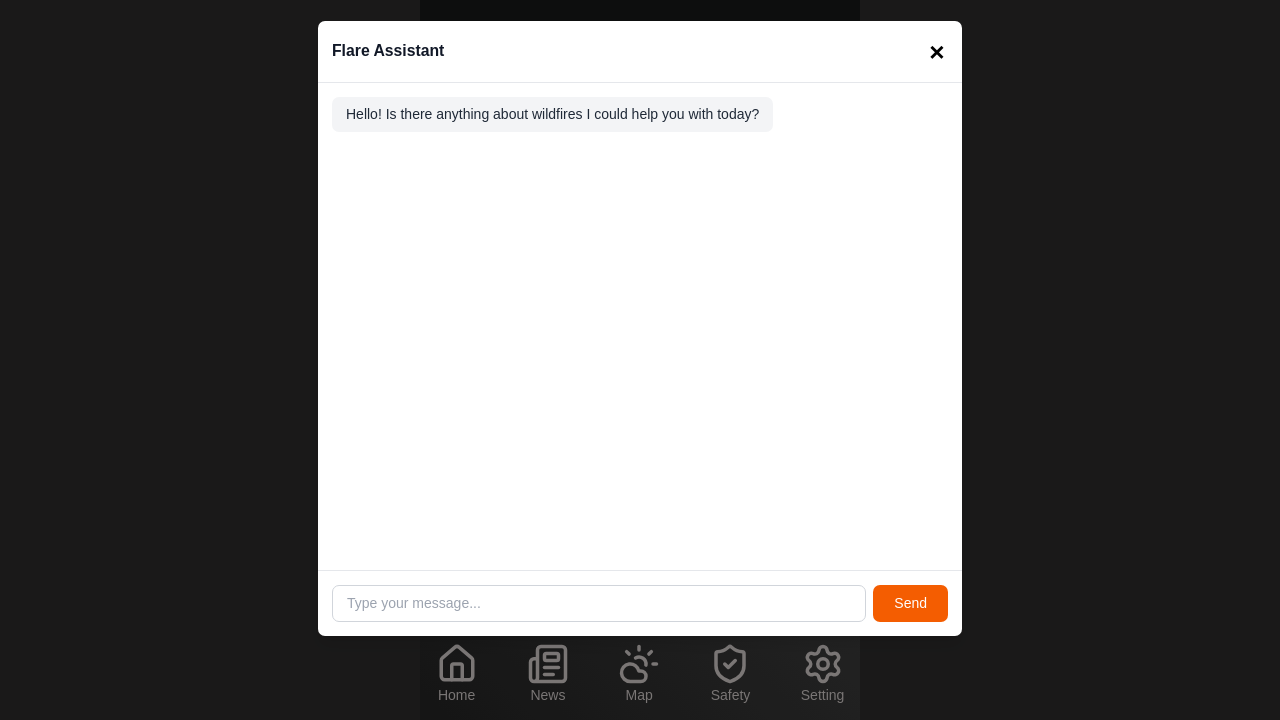
Repository: BCITKevin/Flare_IDSP
Page: /safety, after clicking the first element matching `button.flex`
An editor plug-in stored every save of this project. The page is shown before and after the next save, followed by the edit.
The browser window is 1280 px wide. The pictures show the whole page.
An inner scrolling area shows only its first screen. Some web fonts or font styles are not loaded; a fallback is used. The project was rebuilt for these pictures with package versions that can differ from the ones it lists, and the page was loaded fresh each time. The framework's server and built-in components were replaced by stand-ins that run in the browser. Also part of the build but not shown: next.config.js, next.config.mjs.

Above is the page before, as saved 2024-11-30 17:32:57.

### src/app/layout.tsx
import type { Metadata } from "next";
import Script from 'next/script';
import "./globals.css";
import { BrowserRouter } from "react-router-dom";

export const metadata: Metadata = {
  title: "Flare",
  description: "Flare is disaster response platform.",
  manifest: "/manifest.json",
};

export default function RootLayout({
  children,
}: Readonly<{
  children: React.ReactNode;
}>) {
  return (
    <html lang="en">
        <head>
          <link rel="manifest" href="/manifest.json" />
          <link rel="icon" href="/favicon.ico" />
          <link rel="apple-touch-icon" href="/images/logo-192x192.png" />
          <link
            rel="stylesheet"
            href="https://cdnjs.cloudflare.com/ajax/libs/leaflet/1.9.4/leaflet.min.css"
            crossOrigin=""
          />
        </head>
        <body
          className={`antialiased`}
        >
          {children}
          <Script
            src="https://cdnjs.cloudflare.com/ajax/libs/leaflet/1.9.4/leaflet.min.js"
            strategy="beforeInteractive"
            crossOrigin=""
          />
        </body>
    </html>
  );
}

### src/app/safety/page.tsx
'use client';

import { Tabs, TabsContent, TabsList, TabsTrigger } from "@/components/ui/tabs";
import {
    Card,
    CardContent,
    // CardDescription,
    // CardFooter,
    CardHeader,
    // CardTitle,
} from "@/components/ui/card"
import styles from "./safety.module.css"
import { Backpack, Map, Flag } from "lucide-react";
import prepareHero from "../public/images/prepareHero.png"
import evacHero from "../public/images/EvacHero.png"
import emergencyHero from "../public/images/EmergencyHero.png"
import BottomNavBar from "@/components/BottomNavBar/BottomNavBar";
import React from "react";

import { useState } from "react";
import Image from "next/image";

type Message = {
    text: string;
    sender: string;
};

// Card can be reformatted into a reusable component

export default function Safety() {
    const [showChat, setShowChat] = useState(false);
    const [activeTab, setActiveTab] = useState('Prepare');
    const [prevMsg, setMsg] = useState<Message[]>([
        { text: "Hello! Is there anything about wildfires I could help you with today?", sender: 'bot' },
    ]);


    async function handleSubmit(e: React.FormEvent<HTMLFormElement>) {
        e.preventDefault()

        try {
            const message = (document.querySelector('#message') as HTMLInputElement)?.value;
            (document.querySelector('#message') as HTMLInputElement).value = '';

            console.log(message);
            setMsg((prevMsg) => [...prevMsg, { text: message, sender: 'user' }]);

            const res = await fetch('/api/safety', {
                method: 'POST',
                headers: {
                    'Content-Type': 'application/json',
                },
                body: JSON.stringify({ message }),
            });

            if (!res.ok) {
                console.error();
                throw new Error('OOPS, SOMETHIN WRONG WITH BOT');
            }
            const data = await res.json();

            const botResponse = data.chat.content || "Sorry, I can't process your request. Please try again";

            setMsg((prevMsg) => [...prevMsg, { text: botResponse, sender: 'bot' }]);

            console.log('from gpt: ', botResponse);
        }
        catch (err) {
            console.error(err);
        }
    }

    const prepareText = `
    <strong>Stay informed:</strong> It’s crucial to stay updated on emergency alerts and evacuation orders issued by local authorities. Regularly check with Flare and turn on notifications and stay updated with the news. These alerts provide critical information about wildfire locations, safe zones, and road closures.
    <br><br>
    <strong>Assemble an emergency kit:</strong>
    <ul>
        <li>- First aid supplies, such as bandages, antiseptics, and pain relievers.</li>
        <li>- Enough non-perishable food and water to sustain your household for at least 3 days.</li>
        <li>- Flashlights with spare batteries, a multi-tool, a whistle for signaling, and a fire extinguisher.</li>
        <li>- Personal hygiene items, blankets, and clothing suitable for various weather conditions.</li>
    </ul>
    <br>
    <strong>Follow evacuation routes:</strong> Use the safest, predefined routes recommended by local authorities. Avoid unfamiliar roads that could be blocked or unsafe. Always have a physical map in case of GPS or mobile network failure.
    <br><br>
    <strong>Leave as early as possible:</strong> Don’t wait until the last moment to evacuate. Early action reduces risks and allows emergency responders to focus on critical areas. Traffic congestion and panic during last-minute evacuations can pose additional dangers.
    <br><br>
    <strong>Assist neighbors if possible:</strong> Check on those in your community who may need help, especially the elderly, people with disabilities, or families without transportation. Offer support by carpooling or sharing resources.
    <br><br>
    <strong>Keep your vehicle ready:</strong> Ensure your vehicle is in good condition with a full gas tank. Keep the keys easily accessible, park the car facing outward for a quick exit, and load essential items in advance to save time during an emergency.
    <br><br>
    <strong>Practice your evacuation plan:</strong> Conduct regular drills with your household to ensure everyone knows their roles and responsibilities. Familiarity with the process can reduce stress and confusion during an actual emergency.
    <br><br>
    <strong>Create a defensible space around your home:</strong> Clear dry leaves, branches, and other flammable materials at least 30 feet from your home. Trim tree branches to a height of at least 6 feet to prevent fire from climbing. Regularly maintain gutters and roofs by removing debris. Store firewood and other combustible items far from structures.
    <br><br>
    `;


    const emergencyText = `
    <strong>If you are in danger, contact emergency services immediately:</strong> Dial the emergency hotline 911 if your safety is compromised. Or  call 1 800 663-5555 toll-free or <strong>*5555</strong> on a cellphone to report a wildfire. Clearly state your location and the nature of the emergency to ensure responders can locate you quickly. Avoid using the line for non-critical updates to keep it free for those in immediate need.
    <br><br>
    <strong>Stay inside if safe:</strong> If evacuation is not possible, shelter in place in a safe room. Select an area with minimal windows and external doors, preferably one located at the center of your home or on the opposite side of the fire’s path. Keep the space stocked with basic necessities, including water, flashlights, and communication devices.
    <br><br>
    <strong>Block air entry:</strong> Use duct tape, wet towels, or other materials to seal gaps around doors and windows to prevent smoke infiltration. Shut off HVAC systems and close vents to further limit the entry of hazardous air.
    <br><br>
    <strong>Listen to official information:</strong> Stay tuned to updates from local authorities via radio, mobile apps, or reliable online sources. Avoid spreading or acting on unverified information that may cause unnecessary panic.
    <br><br>
    <strong>Use face coverings:</strong> If you need to go outside or smoke enters your shelter, use wet towels, bandanas, or certified N95 masks to filter harmful particles. This is especially important for individuals with respiratory issues, the elderly, and young children.
    <br><br>
    <strong>Stay hydrated:</strong> Drink plenty of water to combat dehydration caused by heat and smoke inhalation. Avoid alcohol or caffeinated drinks, which can exacerbate dehydration. If possible, keep oral rehydration salts or electrolyte drinks on hand.
    <br><br>
    <strong>Be prepared for power outages:</strong> Wildfires may disrupt electricity. Keep flashlights, extra batteries, and a manual crank radio available. Charge your devices in advance and consider using portable power banks.
    <br><br>
    <strong>Plan for communication:</strong> If mobile networks are down, use walkie-talkies or pre-established signals with neighbors and family to communicate effectively.
    <br><br>
    <strong>Protect pets and livestock:</strong> Keep your pets in a secure area with food and water. If possible, move livestock to open areas far from fire hazards.
    <br><br>
    <strong>Monitor air quality:</strong> Use air purifiers indoors if available and check air quality levels through official channels to minimize smoke-related health risks.
    `;


    const evacuationText = `
    <strong>Develop a family emergency plan:</strong> Create a detailed emergency plan that includes designated meeting spots, multiple communication strategies, and escape routes for different scenarios. Assign responsibilities to each family member and rehearse the plan frequently to ensure everyone is prepared.
    <br><br>
    <strong>Prepare to leave immediately:</strong>
    - Ensure you have gathered all essential items ahead of time to avoid delays. These include:
    <br><br>
    <ul>
        <li>- <strong>Medications</strong>, including prescription drugs and a basic first aid kit for minor injuries.</li>
        <li>- <strong>Important documents</strong>, such as government-issued IDs, insurance papers, property deeds, and emergency contact information.</li>
        <li>- Your <strong>emergency kit</strong> as outlined in the prepare section</li>
        <li>- Personal items like clothing, toiletries, and any essential supplies for infants, pets, or elderly family members.</li>
    </ul>
    <br>
    <strong>Keep important documents ready:</strong> Store essential documents like birth certificates, passports, medical records, and insurance policies in a waterproof, fireproof safe. Back up digital copies to cloud storage or an external hard drive.
    <br><br>
    <strong>Know your local risk level:</strong> Familiarize yourself with wildfire risks in your area by consulting local government websites and fire risk maps. Participate in community evacuation drills to understand the best practices and routes in case of an emergency.
    <br><br>
    <strong>Sign up for emergency alerts:</strong> Subscribe to wildfire and weather warning systems offered by local authorities.
    <br><br>
    <strong>Invest in fire-resistant building materials:</strong> Upgrade your home with fire-resistant roofing, siding, and windows. Install ember-resistant vents to prevent sparks from entering your home.
    <br><br>
    <strong>Prepare your vehicle:</strong> Keep your car in good working condition, with a full gas tank and an emergency kit inside. Include maps, a spare tire, tools, and extra supplies to ensure mobility during an evacuation.
    <br><br>
    <strong>Coordinate with your neighbors:</strong> Work together with your community to create a wildfire response plan. Share resources, such as tools and safety tips, to enhance collective preparedness.
    <br><br>
    <strong>Learn fire suppression techniques:</strong> Take basic training on how to use a fire extinguisher and other suppression tools effectively. Know when to evacuate instead of attempting to combat the fire yourself.
    <br><br>
    <strong>Advocate for local safety measures:</strong> Encourage local governments to implement wildfire prevention strategies, such as controlled burns, community fuel breaks, and infrastructure upgrades.
    `;




    return (
        <body className="min-h-screen overflow-y-auto">
            <div className="safetyLayout h-full overflow-y-auto mb-44">
                <div className={styles.safetyHeading}>
                    <h1>
                        Safety Guide
                    </h1>
                    <h5 className={styles.whiteText}>
                        Learn how to prepare and stay safe during wildfire season
                    </h5>
                </div>
                {/* <Card className="p-5 mt-3 transition-all duration-300 hover:shadow-lg border-l-4 border-l-orange-500">
                    <CardHeader className="p-0 mb-3">
                        <div className="flex items-center gap-2">
                            <strong className={`${styles.articleBody} text-lg`}>
                                Based on your Location and Recent Weather
                            </strong>
                        </div>
                    </CardHeader>
                    <CardContent className="p-0">
                        <div className="flex flex-col gap-2">
                            <p className={`${styles.articleBody} leading-relaxed`}>
                                Consider bringing:
                            </p>
                            <ul className="list-disc ml-5 space-y-1">
                                <li className={styles.articleBody}>Extra water (1 gallon per person)</li>
                                <li className={styles.articleBody}>Cooling towels</li>
                                <li className={styles.articleBody}>Sun protection (hat, sunscreen)</li>
                            </ul>
                        </div>
                    </CardContent>
                </Card> */}
                <div className={`${styles.safetyHeading} mb-6 mt-6`}>
                    {/* <h4>
                        Safety Tips
                    </h4> */}
                </div>
                <div className="mt-2">
                <Tabs defaultValue="Prepare" className="w-full flex flex-col" onValueChange={setActiveTab}>
                        <TabsList className="space-x-8 p-6 my-2 rounded-lg">
                            <TabsTrigger value="Prepare" className={`w-full ${activeTab === 'Prepare' ? styles.activeTab : ''}`}>Prepare</TabsTrigger>
                            <TabsTrigger value="Emergency" className={`w-full ${activeTab === 'Emergency' ? styles.activeTab : ''}`}>Emergency</TabsTrigger>
                            <TabsTrigger value="Evacuation" className={`w-full ${activeTab === 'Evacuation' ? styles.activeTab : ''}`}>Evacuation</TabsTrigger>
                        </TabsList>
                        <TabsContent value="Prepare">
                            <Card className={`${styles.card} p-6 flex flex-col items-center mb-24`}>
                                <Image src={prepareHero} width={340} height={189} alt="a rescue worker looking towards a wildfire" />
                                <Flag color="black" className="m-6" />
                                <p dangerouslySetInnerHTML={{ __html: prepareText }} className={styles.articleBody} />
                            </Card>
                        </TabsContent>
                        <TabsContent value="Emergency">
                            <Card className={`${styles.card} p-6 flex flex-col items-center mb-24`}>
                                <Image src={emergencyHero} width={340} height={189} alt="a rescue worker looking towards a wildfire" />
                                <Backpack color="black" className="m-6" />
                                <p dangerouslySetInnerHTML={{ __html: emergencyText }} className={styles.articleBody} />
                            </Card>
                        </TabsContent>
                        <TabsContent value="Evacuation">
                            <Card className={`${styles.card} p-6 flex flex-col items-center mb-24`}>
                                <Image src={evacHero} width={340} height={189} alt="a rescue worker looking towards a wildfire" />
                                <Map color="black" className="m-6" />
                                <p dangerouslySetInnerHTML={{ __html: evacuationText }} className={styles.articleBody} />
                            </Card>
                        </TabsContent>
                    </Tabs>
                </div>
                {showChat ? (
                    <>
                        <div className="justify-center items-center flex overflow-x-hidden overflow-y-auto fixed inset-0 z-50 outline-none focus:outline-none">
                            <div className="relative w-full h-full mx-auto max-w-3xl px-4 pt-6 pb-24">
                                <div className="border-0 rounded-lg shadow-lg relative flex flex-col w-full h-full bg-white outline-none focus:outline-none">
                                    {/* Header */}
                                    <div className="flex items-center justify-between p-4 border-b border-solid border-gray-200">
                                        <h3 className="text-lg font-semibold text-gray-900">Flare Assistant</h3>
                                        <button
                                            className="p-1 ml-auto border-0 text-black float-right text-3xl leading-none font-semibold"
                                            onClick={() => setShowChat(false)}
                                        >
                                            ×
                                        </button>
                                    </div>

                                    {/* Chat Messages */}
                                    <div className="relative p-4 flex-auto overflow-y-auto">
                                        {prevMsg.map((msg, i) => (
                                            <div key={i} className={`flex ${msg.sender === 'user' ? 'justify-end' : 'justify-start'} mb-4`}>
                                                <div className={`rounded-lg px-4 py-2 max-w-[80%] ${
                                                    msg.sender === 'user'
                                                    ? 'bg-[var(--orange)] text-white'
                                                    : 'bg-gray-100 text-gray-800'
                                                }`}>
                                                    {msg.text}
                                                </div>
                                            </div>
                                        ))}
                                    </div>

                                    {/* Input Form */}
                                    <div className="border-t border-solid border-gray-200 p-4">
                                        <form onSubmit={handleSubmit} className="flex gap-2">
                                            <input
                                                type="text"
                                                id="message"
                                                placeholder="Type your message..."
                                                className="flex-grow px-4 py-2 border border-gray-300 rounded-lg focus:outline-none focus:border-[var(--orange)]"
                                            />
                                            <button
                                                type="submit"
                                                className="bg-[var(--orange)] text-white rounded-lg px-6 py-2"
                                            >
                                                Send
                                            </button>
                                        </form>
                                    </div>
                                </div>
                            </div>
                        </div>
                        <div className="opacity-25 fixed inset-0 z-40 bg-black"></div>
                    </>
                ) : null}
                <div className="flex flex-col fixed bottom-24 rounded-lg px-6 py-3 m-2 items-center gap-4 transition-all duration-300">
                    {/* <div>
                        <span className="flex justify-center text-white ">Flare Assistant</span>
                        <p className="text-white text-base">Ask us about how you can stay safe</p>
                    </div> */}
                    <button
                        className="flex justify-center bg-[var(--orange)] text-white rounded-lg shadow-lg transition-all duration-300 flex items-center gap-2 px-4 py-2 w-3/4 hover:border-2 hover:border-white box-border w-52 h-12"
                        onClick={() => setShowChat(true)}
                    >
                        <img src="/icons/message-circle.svg" alt="chatbot icon" className="w-5 h-5 filter invert brightness-0" />
                        <span>Chat now</span>
                    </button>
                </div>
            </div>
            <BottomNavBar />
        </body>
    )
}

### src/components/ui/card.tsx
import * as React from "react"

import { cn } from "@/lib/utils"

const Card = React.forwardRef<
  HTMLDivElement,
  React.HTMLAttributes<HTMLDivElement>
>(({ className, ...props }, ref) => (
  <div
    ref={ref}
    className={cn(
      "rounded-lg border border-neutral-200 bg-white text-neutral-950 shadow-sm dark:border-neutral-800 dark:bg-neutral-950 dark:text-neutral-50",
      className
    )}
    {...props}
  />
))
Card.displayName = "Card"

const CardHeader = React.forwardRef<
  HTMLDivElement,
  React.HTMLAttributes<HTMLDivElement>
>(({ className, ...props }, ref) => (
  <div
    ref={ref}
    className={cn("flex flex-col space-y-1.5", className)}
    {...props}
  />
))
CardHeader.displayName = "CardHeader"

const CardTitle = React.forwardRef<
  HTMLParagraphElement,
  React.HTMLAttributes<HTMLHeadingElement>
>(({ className, ...props }, ref) => (
  <h3
    ref={ref}
    className={cn(
      "text-2xl font-semibold leading-none tracking-tight",
      className
    )}
    {...props}
  />
))
CardTitle.displayName = "CardTitle"

const CardDescription = React.forwardRef<
  HTMLParagraphElement,
  React.HTMLAttributes<HTMLParagraphElement>
>(({ className, ...props }, ref) => (
  <p
    ref={ref}
    className={cn("text-sm text-neutral-500 dark:text-neutral-400", className)}
    {...props}
  />
))
CardDescription.displayName = "CardDescription"

const CardContent = React.forwardRef<
  HTMLDivElement,
  React.HTMLAttributes<HTMLDivElement>
>(({ className, ...props }, ref) => (
  <div ref={ref} className={cn("pt-6", className)} {...props} />
))
CardContent.displayName = "CardContent"

const CardFooter = React.forwardRef<
  HTMLDivElement,
  React.HTMLAttributes<HTMLDivElement>
>(({ className, ...props }, ref) => (
  <div
    ref={ref}
    className={cn("flex items-center pt-6", className)}
    {...props}
  />
))
CardFooter.displayName = "CardFooter"

export { Card, CardHeader, CardFooter, CardTitle, CardDescription, CardContent }

### src/app/safety/safety.module.css

.safetyHeading {
    color: var(--orange);
}

.articleBody {
    color: var(--black);
}

.articleBody *{
    color: var(--black);
}

.whiteText {
    color: var(--white);
}

.activeTab {
    box-shadow: 0 4px 6px rgba(0,0,0, 0.3);
    font-weight: bold;
    transition: ease-in-out 0.2s;
}

@media only screen and (max-width: 600px) {
    .appLayout {
      overflow-y: scroll;
      padding-bottom: 8rem;
  }
}

### src/components/BottomNavBar/BottomNavBar.module.css
.navContainer {
  position: fixed;
  bottom: 0;
  width: 440px;

  display: flex;
  align-items: flex-end;
  gap: 18px;
  justify-content: space-around;

  color: var(--l-grey);
  border-radius: 8px 8px 0 0;
  background: linear-gradient(45deg, #1c1c1c 0.25%, #2e2e2e 99.75%);
}

.navIcon {
  display: flex;
  flex-direction: column;
  align-items: center;
  transition: color 0.3s, transform 0.3s, background-color 0.3s;
  padding: 1rem 12px;
  border-radius: 8px;
}

.navIcon:hover {
  color: #000000;
  transform: translateY(-2px);

  background-color: var(--white);
}

.active {
  color: grey; /* 활성화 시 색상 */
  transform: scale(1.1);
  background-color: #2b2b2b;
}

Loaded but not shown: src/lib/utils.ts (common file); src/app/globals.css (310 lines, source omitted); src/components/BottomNavBar/BottomNavBar.jsx (106 lines, source omitted); tailwind.config.ts (96 lines, source omitted); src/components/ui/tabs.tsx (55 lines, source omitted)

After the next save:
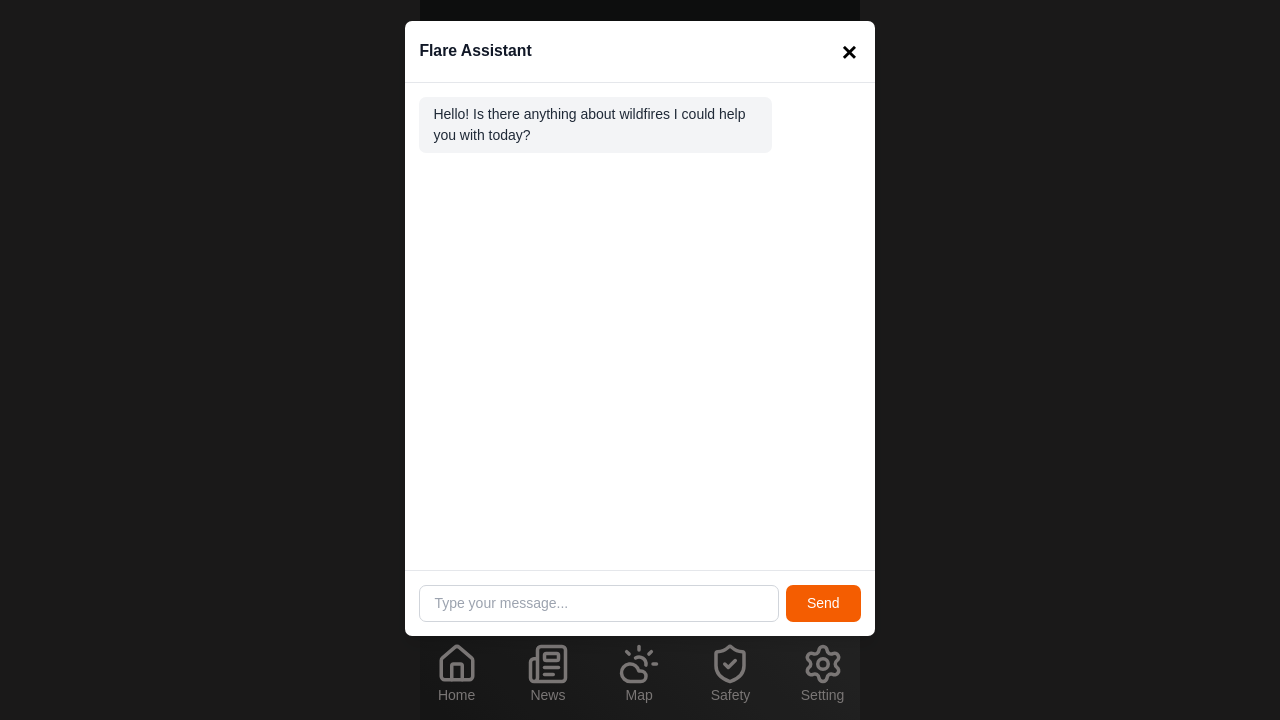
Saved 23 s later.
--- a/src/app/safety/page.tsx
+++ b/src/app/safety/page.tsx
@@ -222,7 +222,7 @@ export default function Safety() {
                 {showChat ? (
                     <>
                         <div className="justify-center items-center flex overflow-x-hidden overflow-y-auto fixed inset-0 z-50 outline-none focus:outline-none">
-                            <div className="relative w-full h-full mx-auto max-w-3xl px-4 pt-6 pb-24">
+                            <div className="relative w-half h-full mx-auto max-w-3xl px-4 pt-6 pb-24">
                                 <div className="border-0 rounded-lg shadow-lg relative flex flex-col w-full h-full bg-white outline-none focus:outline-none">
                                     {/* Header */}
                                     <div className="flex items-center justify-between p-4 border-b border-solid border-gray-200">
